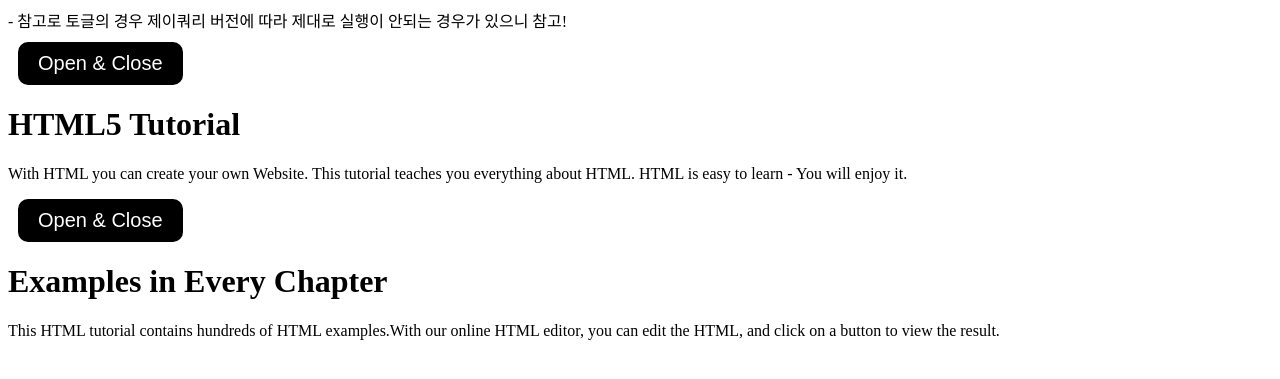
Repository: minsuk1/portfolio
Page: a.html
The author's editor kept a copy of each file at every save. The page is drawn from the files as they stood at one save, then again after the next save.
The browser window is 1280 px wide. The pictures show the whole page.
Some web libraries are served in a nearby version.

Above is the page before, as saved 2021-01-01 11:41:58.

### a.html
- 참고로 토글의 경우 제이쿼리 버전에 따라 제대로 실행이 안되는 경우가 있으니 참고!

<!DOCTYPE html>
<html>
<head>
<meta charset="UTF-8">
<title>Insert title here</title>
<style type="text/css">
button{
	display:block;
	border: none;
	border-radius:10px;
	background-color: black;
	color: white;
	font-size:20px;
	padding: 10px 20px;
	margin: 10px;
}
button:hover{
	background-color: gray;
}

</style>
<script type="text/javascript" src="https://code.jquery.com/jquery-1.7.min.js"></script>
<script type="text/javascript">
	$(function() {
		$("button").click(function() {
			$(this).next().toggle(1000, function() {
				alert("ok");
			});
		});
	});

</script>
</head>
<body>
	<button>Open & Close</button>
	<div>
		<h1>HTML5 Tutorial</h1>
		<p>With HTML you can create your own Website.
			This tutorial teaches you everything about HTML.
			HTML is easy to learn - You will enjoy it.</p>
	</div>
	<button>Open & Close</button>
	<div>
		<h1>Examples in Every Chapter</h1>
		<p>This HTML tutorial contains hundreds of HTML examples.With our online HTML editor, you can edit the HTML, and click on a button to view the result.</p>
	</div>

</body>
</html>

After the next save:
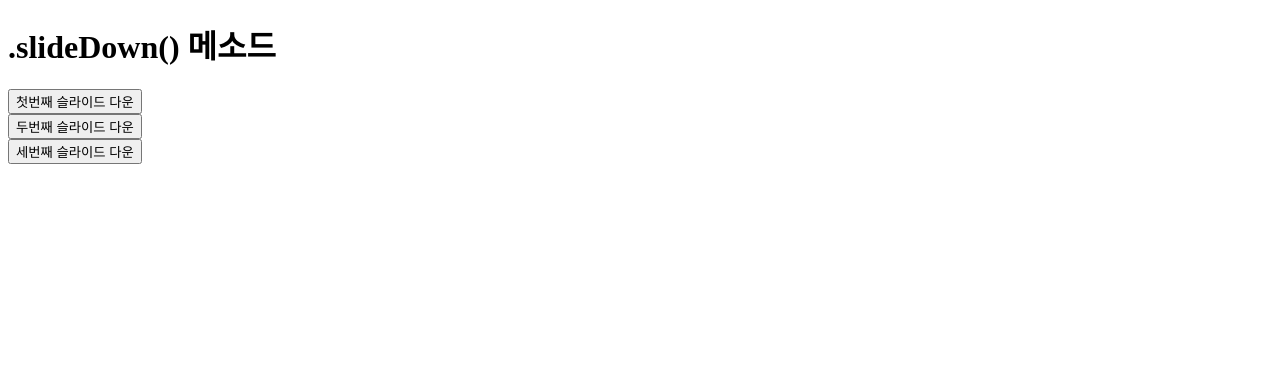
Saved 2 min 15 s later.
--- a/a.html
+++ b/a.html
@@ -1,51 +1,45 @@
-- 참고로 토글의 경우 제이쿼리 버전에 따라 제대로 실행이 안되는 경우가 있으니 참고!
-
 <!DOCTYPE html>
-<html>
+<html lang="ko">
+  <script src="https://ajax.googleapis.com/ajax/libs/jquery/3.3.1/jquery.min.js"></script>
 <head>
-<meta charset="UTF-8">
-<title>Insert title here</title>
-<style type="text/css">
-button{
-	display:block;
-	border: none;
-	border-radius:10px;
-	background-color: black;
-	color: white;
-	font-size:20px;
-	padding: 10px 20px;
-	margin: 10px;
-}
-button:hover{
-	background-color: gray;
-}
-
-</style>
-<script type="text/javascript" src="https://code.jquery.com/jquery-1.7.min.js"></script>
-<script type="text/javascript">
-	$(function() {
-		$("button").click(function() {
-			$(this).next().toggle(1000, function() {
-				alert("ok");
+    <meta charset="UTF-8">
+    <title>jQuery .slideUp() </title>
+   	<style>
+     .wrap {
+        height: 50px;
+        background-color: #dcdcdc;
+        border: 3px solid blue;
+        margin: 10px;
+       display: none;
+      }
+	</style>
+    <script>
+		$(function() {
+        	$("#btn1").on("click", function() {
+            	$("#divBox1").slideDown();
 			});
-		});
-	});
-
-</script>
+            $("#btn2").on("click", function() {
+            	$("#divBox2").slideDown(500);
+			});
+            $("#btn3").on("click", function() {
+                $("#divBox3").slideDown("fast");
+			});
+      	});
+    </script>
 </head>
 <body>
-	<button>Open & Close</button>
-	<div>
-		<h1>HTML5 Tutorial</h1>
-		<p>With HTML you can create your own Website.
-			This tutorial teaches you everything about HTML.
-			HTML is easy to learn - You will enjoy it.</p>
-	</div>
-	<button>Open & Close</button>
-	<div>
-		<h1>Examples in Every Chapter</h1>
-		<p>This HTML tutorial contains hundreds of HTML examples.With our online HTML editor, you can edit the HTML, and click on a button to view the result.</p>
-	</div>
-
+  <h1>.slideDown() 메소드</h1>
+  <div>
+    <button id="btn1">첫번째 슬라이드 다운</button>
+    <div id="divBox1" class="wrap">안녕하세요.</div>
+  </div>
+  <div>
+    <button id="btn2">두번째 슬라이드 다운</button>
+    <div id="divBox2" class="wrap">devkuma입니다.</div>
+  </div>
+  <div>
+    <button id="btn3">세번째 슬라이드 다운</button>
+    <div id="divBox3" class="wrap">반갑습니다.</div>
+  </div>
 </body>
 </html>
